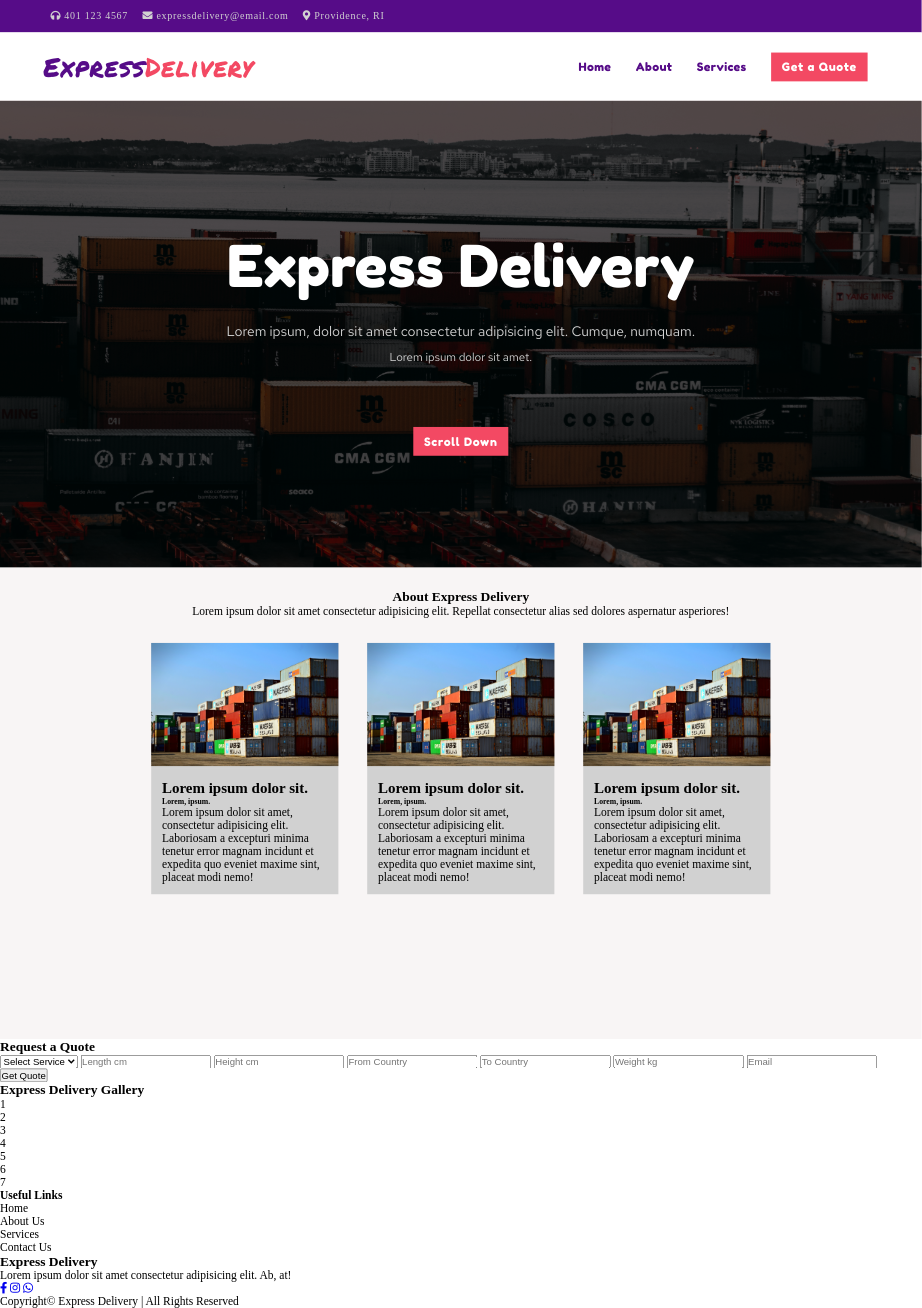
Repository: just-mann/express-delivery
Page: index.html
An editor plug-in stored every save of this project. The page is shown before and after the next save, followed by the edit.
The browser window is 1280 px wide. The pictures show the whole page, at 72% of full size.
The style sheet was rebuilt from its Sass, Less or Tailwind sources for each picture, by a compiler version that may differ from the author's.

Above is the page before, as saved 2021-06-30 14:39:01.

### index.html
<!DOCTYPE html>
<html lang="en">
<head>
    <meta charset="UTF-8">
    <meta http-equiv="X-UA-Compatible" content="IE=edge">
    <meta name="viewport" content="width=device-width, initial-scale=1.0">
    <meta name="author" content="Justin Kollie">
    <meta name="description" content="Reliable shipping solutions across the U.S.">
    <link rel="stylesheet" href="/css/style.css">
    <link rel="stylesheet" href="https://cdnjs.cloudflare.com/ajax/libs/font-awesome/5.15.3/css/all.min.css" referrerpolicy="no-referrer" />
    <title>Express Delivery | Your trusted delivery system</title>
</head>
<body id="top">
    <header>
        <div class="top-section">
            <p><i class="fas fa-headphones"></i> 401 123 4567</p>
            <p class="emailAdd"><i class="fas fa-envelope"></i> expressdelivery@email.com</p>
            <p><i class="fas fa-map-marker-alt"></i> Providence, RI</p>
        </div>
        <nav>
            <a href="#" class="logo"><span>Express</span>Delivery</a>
            <div class="nav__links">
                <a href="#">Home</a>
                <a href="#">About</a>
                <a href="#">Services</a>
                <a class="quoteGet" href="#contact-us">Get a Quote</a>
            </div>
        </nav>
        <section class="hero__div">
            <div class="hero__section">
                <div class="hero__overlay">
                    <h2>Express Delivery</h2>
                    <p class="firstPara">Lorem ipsum, dolor sit amet consectetur adipisicing elit. Cumque, numquam.</p>
                    <p class="secondPara">Lorem ipsum dolor sit amet.</p>
                    <a href="#aboutUs">Scroll Down</a>
                </div>
            </div>
        </section>
    </header>
    <section class="product__description">

    </section>
    <section class="aboutUs" id="aboutUs">
        <h3>About Express Delivery</h3>
        <p>
            Lorem ipsum dolor sit amet consectetur adipisicing elit.
            Repellat consectetur alias sed dolores aspernatur asperiores!
        </p>
        <div class="about__card-div">
            <div class="card">
                <div class="imgDiv">
                    <img src="/images/container_ship.jpg" alt="card1">
                </div>
                <div>
                    <h4>Lorem ipsum dolor sit.</h4>
                    <h6>Lorem, ipsum.</h6>
                    <p>
                        Lorem ipsum dolor sit amet, consectetur adipisicing elit.
                        Laboriosam a excepturi minima tenetur error magnam incidunt
                        et expedita quo eveniet maxime sint, placeat modi nemo!
                    </p>
                </div>
            </div>
            <div class="card">
                <div class="imgDiv">
                    <img src="/images/container_ship.jpg" alt="card1">
                </div>
                <div>
                    <h4>Lorem ipsum dolor sit.</h4>
                    <h6>Lorem, ipsum.</h6>
                    <p>
                        Lorem ipsum dolor sit amet, consectetur adipisicing elit.
                        Laboriosam a excepturi minima tenetur error magnam incidunt
                        et expedita quo eveniet maxime sint, placeat modi nemo!
                    </p>
                </div>
            </div>
            <div class="card">
                <div class="imgDiv">
                    <img src="/images/container_ship.jpg" alt="card1">
                </div>
                <div>
                    <h4>Lorem ipsum dolor sit.</h4>
                    <h6>Lorem, ipsum.</h6>
                    <p>
                        Lorem ipsum dolor sit amet, consectetur adipisicing elit.
                        Laboriosam a excepturi minima tenetur error magnam incidunt
                        et expedita quo eveniet maxime sint, placeat modi nemo!
                    </p>
                </div>
            </div>
        </div>
    </section>
    <section class="contact" id="contact-us">
        <h3>Request a Quote</h3>
        <form action="">
            <select name="services" id="services">
                <option>Select Service</option>
                <option value="service1">Service 1</option>
                <option value="service2">Service 2</option>
                <option value="service3">Service 3</option>
                <option value="service4">Service 4</option>
            </select>
            <input type="text" placeholder="Length cm">
            <input type="text" placeholder="Height cm">
            <input type="text" name="country-from" id="country-from" placeholder="From Country">
            <input type="text" name="country-to" id="country-to" placeholder="To Country">
            <input type="text" name="weight" id="weight" placeholder="Weight kg">
            <input type="email" name="email" id="email" placeholder="Email">
            <input type="submit" value="Get Quote">
        </form>
    </section>
    <section class="gallery">
        <h3>Express Delivery Gallery</h3>
        <div class="gallery__div">
            <div>1</div>
            <div>2</div>
            <div>3</div>
            <div>4</div>
            <div>5</div>
            <div>6</div>
            <div>7</div>
        </div>
    </section>
    <footer class="footer">
        <section class="footer__top">
            <div class="usefulLinks">
                <h4>Useful Links</h4>
                <li>Home</li>
                <li>About Us</li>
                <li>Services</li>
                <li>Contact Us</li>
            </div>
            <div>
                <h3>Express Delivery</h3>
                <p>
                    Lorem ipsum dolor sit amet consectetur adipisicing elit. Ab, at!
                </p>
                <div class="social__links">
                    <a href="#"><i class="fab fa-facebook-f"></i></a>
                    <a href="#"><i class="fab fa-instagram"></i></a>
                    <a href="#"><i class="fab fa-whatsapp"></i></a>
                </div>
            </div>
        </section>
        <section class="footer__bottom">
            <p>Copyright&copy Express Delivery | All Rights Reserved</p>
        </section>
    </footer>
</body>
</html>

### Sass/style.scss
@import 'reset';
@import 'default__styles';
@import 'mixins';

body {
    position: relative;
}


header {
    .top-section {
        background: $secondary__color;
        color: $light__white;
        display: flex;
        justify-content: flex-start;
        align-items: center;
        // padding: 15px 0px;
        @include my_container;
        height: 45px;

        p {
            // font-family: $secondary__font;
            font-size: 0.87rem;
            color: $dark__white;
            letter-spacing: 1px;
            margin: 0 10px;

            .emailAdd {
                border-left: 1px solid red;
                border-right: 1px solid red;
            }

            i {
                transition: 0.7s;
            }



            &:hover {
                i {
                    color: $primary__color;
                }
            }
        }
    }

    nav {
        // position: sticky;
        // top: 0;
        // left: 0;
        @include my_container;
        width: 100%;
        height: 95px;
        // padding: 0px 35px;
        background: $light__white;
        display: flex;
        justify-content: space-between;
        align-items: center;

        .logo {
            font-size: 2.3rem;
            color: $primary__color;
            font-weight: 450;
            letter-spacing: 1px;
            font-family: $primary__font;
            span {
                color: $secondary__color;
            }
        }

        .nav__links {
            a {
                color: $secondary__color;
                font-size: 1rem;
                margin: 0 15px;
                transition: 0.5s;
                font-family: $secondary__font;
                font-weight: 150;
                letter-spacing: 0.5px;

                &:hover {
                    color: $primary__color;
                }

            }

            .quoteGet {
                @include btn_style;
            }
        }
    }

    .hero__div {
        height: 90vh;
        z-index: 0;
        .hero__section {
            width: 100%;
            height: 100%;
            display: flex;
            justify-content: center;
            align-items: center;
            background: url('/images/heroImg.jpg') no-repeat center center / cover;

            .hero__overlay {
                // display: none;
                background: rgba(0, 0, 0, 0.678);
                height: 100%;
                width: 100%;
                display: flex;
                align-items: center;
                justify-content: center;
                flex-direction: column;
                color: $light__white;
                text-align: center;

                h2 {
                    font-size: 5rem;
                    margin-top: 30px;
                    font-family: $secondary__font;
                    font-weight: 90;
                }

                .firstPara {
                    font-family: $third__font;
                    font-size: 1.2rem;
                    font-weight: 300;
                    line-height: 1.4em;
                    margin: 30px 0px 6px 0px;
                    color: $dark__white;
                }
                .secondPara {
                    font-family: $third__font;
                    font-size: 1rem;
                    font-weight: 300;
                    line-height: 1.4em;
                    margin: 5px 0px;
                    color: $dark__white;
                }

                a {
                    @include btn_style;
                    margin: 80px 0px 5px 0px;
                }
            }
        }
    }
}





// About Us
.aboutUs {
    // @include my_container;
    max-width: 100%;
    min-height: 50vh;
    text-align: center;
    margin: 0px auto;
    padding-top: 30px;
    padding-bottom: 15px;
    background: rgb(248, 245, 245);

    h3 {

    }

    p {

    }

    .about__card-div {
        // background: yellow;
        max-width: 100%;
        margin: 0 auto;
        padding: 25px;
        display: grid;
        justify-content: center;
        align-items: center;
        grid-template-columns: repeat(3, 300px);

        .card {
            min-height: 500px;
            margin: 10px 20px;
            text-align: center;
            &:hover {
                // @include divShadow;
            }

            .imgDiv {
                min-height: 30%;
                padding: 0px;
            }

            img {
                width: 100%;
                min-height: 100%;
                object-fit: cover;
            }

            div {
                padding: 15px;
                margin: 0 auto;
                text-align: left;
                background: $dark__white;

                h4 {
                    font-size: 1.3rem;
                }

                h6 {

                }

                p {

                }
            }
        }
    }
}

### Sass/default__styles.scss
// Google Fonts
@import url('https://fonts.googleapis.com/css2?family=Abel&family=Dancing+Script:wght@300&family=Fredoka+One&family=Permanent+Marker&family=Red+Hat+Text&family=Roboto:wght@100&family=Sacramento&display=swap');



// Styles for items like buttons, links, lists, and colors, fonts, etc..

// Variables
$primary__color: #F34963;
$secondary__color: #560c88;
$light__white: #ffffff;
$dark__white: #d1d1d1;
$primary__font: 'Permanent Marker', cursive;
$secondary__font: 'Fredoka One', cursive;
$third__font: 'Red Hat Text', sans-serif;








html {
    scroll-behavior: smooth;
}

a {
    text-decoration: none;
}

ul, li {
    list-style: none;
}

### Sass/mixins.scss
// Button Mixin
@mixin btn_style {
    border: none;
    background: $primary__color;
    color: $light__white;
    padding: 10px 15px;
    font-family: $secondary__font;
    font-weight: 150;
    letter-spacing: 1px;

    &:hover {
        color: $light__white;
        cursor: pointer;
    }
}

@mixin divShadow {
    box-shadow: -1px -3px 46px 16px rgba(0,0,0,0.23);
        -webkit-box-shadow: -1px -3px 46px 16px rgba(0,0,0,0.23);
        -moz-box-shadow: -1px -3px 46px 16px rgba(0,0,0,0.23);
}

@mixin my_container {
    padding: 0px 60px;
}


// Grid Mixin
@mixin grid($cols, $mgn) {
    float: left;
    margin-left: $mgn;
    margin-bottom: $mgn;
    width: (100% - (($cols - 1) * $mgn)) / $cols;
    &:nth-child(#{$cols}n) {
        margin-right: 0;
    }
}

Loaded but not shown: Sass/reset.scss (common file)

After the next save:
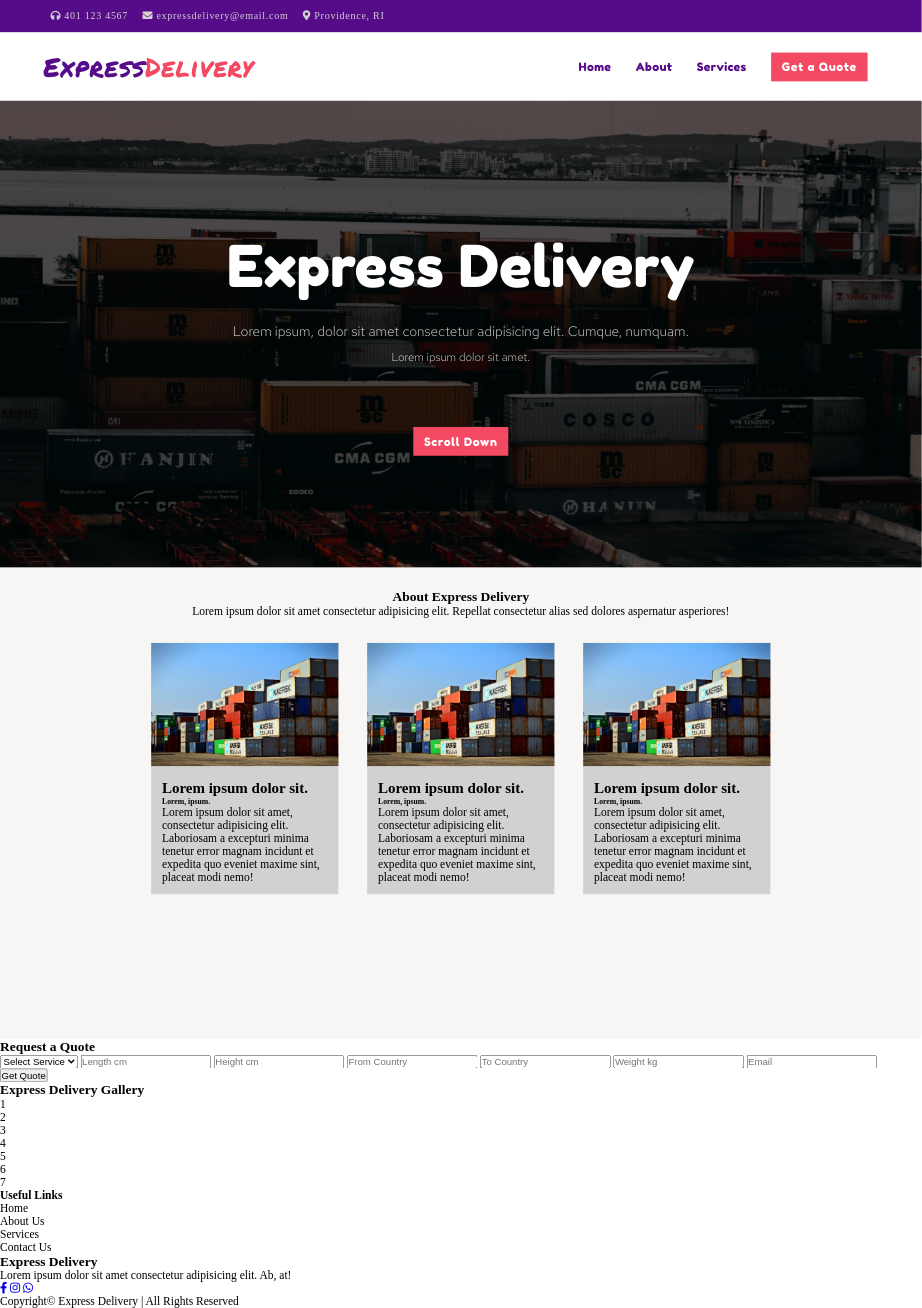
Saved 24 s later.
--- a/Sass/default__styles.scss
+++ b/Sass/default__styles.scss
@@ -1,5 +1,5 @@
 // Google Fonts
-@import url('https://fonts.googleapis.com/css2?family=Abel&family=Dancing+Script:wght@300&family=Fredoka+One&family=Permanent+Marker&family=Red+Hat+Text&family=Roboto:wght@100&family=Sacramento&display=swap');
+@import url('https://fonts.googleapis.com/css2?family=Abel&family=Dancing+Script:wght@300&family=Fredoka+One&family=Permanent+Marker&family=Red+Hat+Text:wght@300&family=Roboto:wght@100&family=Sacramento&display=swap');
 
 
 
